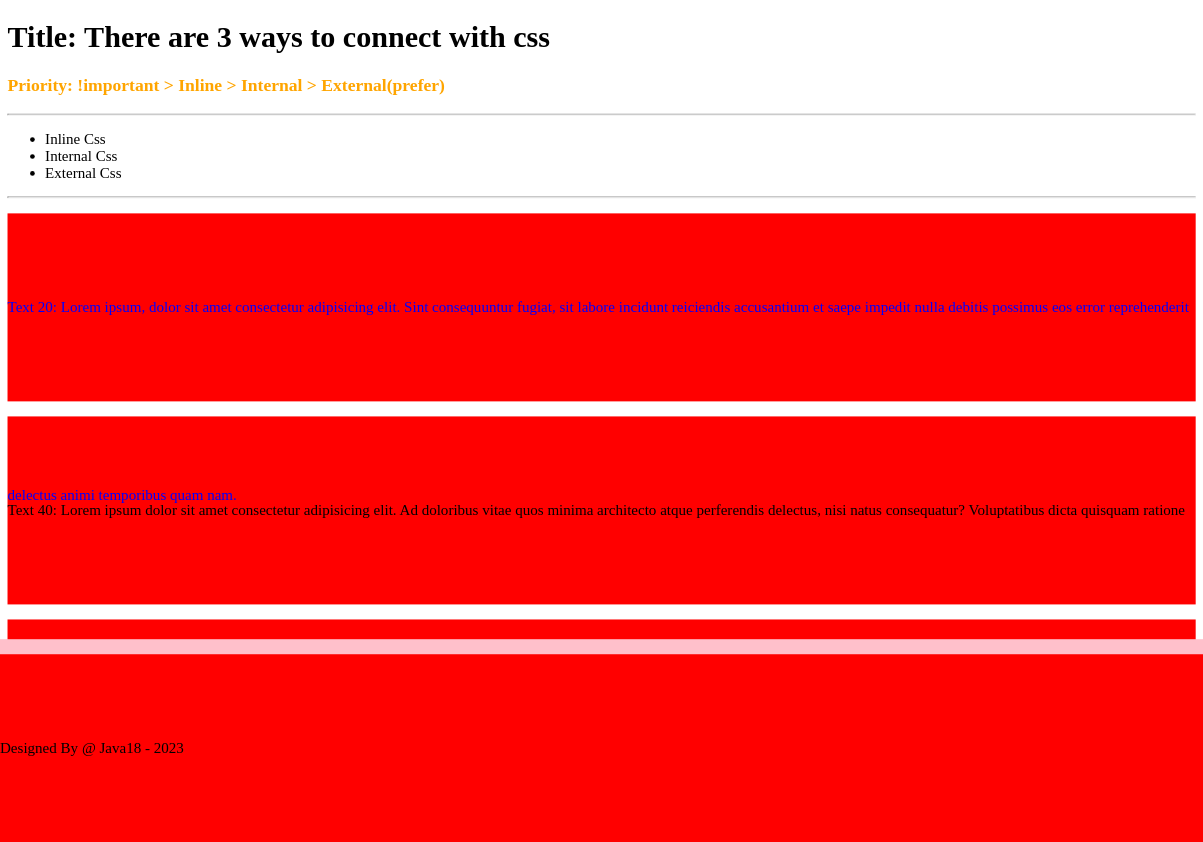
Repository: j4tdn/java18-repository
Page: 2. CSS3/ex02-css-selector-class-id.html
These files come from the project's save history. The page is drawn as it stood at one moment and after the next save; the edit follows.
The browser window is 1280 px wide. The pictures show the whole page, at 94% of full size.

Above is the page before, as saved 2023-10-21 18:00:42.

After the next save:
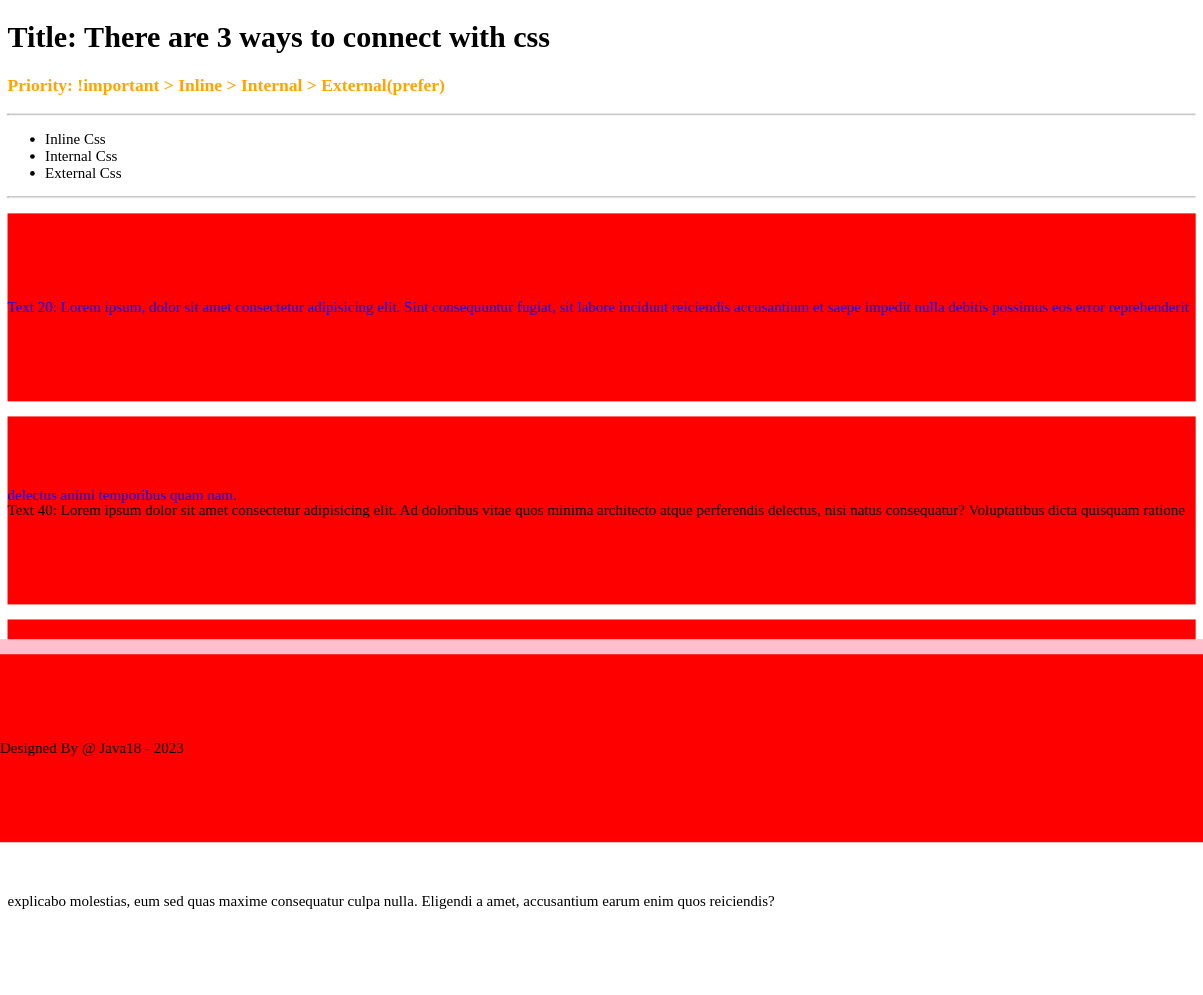
Saved 4 min 5 s later.
--- a/2. CSS3/ex02-css-selector-class-id.html
+++ b/2. CSS3/ex02-css-selector-class-id.html
@@ -42,6 +42,10 @@
 
     <p>
       Lorem ipsum dolor sit, amet consectetur adipisicing elit. Quo, maxime!
+      Lorem ipsum dolor sit, amet consectetur adipisicing elit. Necessitatibus
+      consequuntur asperiores reiciendis, aliquam explicabo molestias, eum sed
+      quas maxime consequatur culpa nulla. Eligendi a amet, accusantium earum
+      enim quos reiciendis?
     </p>
     <hr />
 
